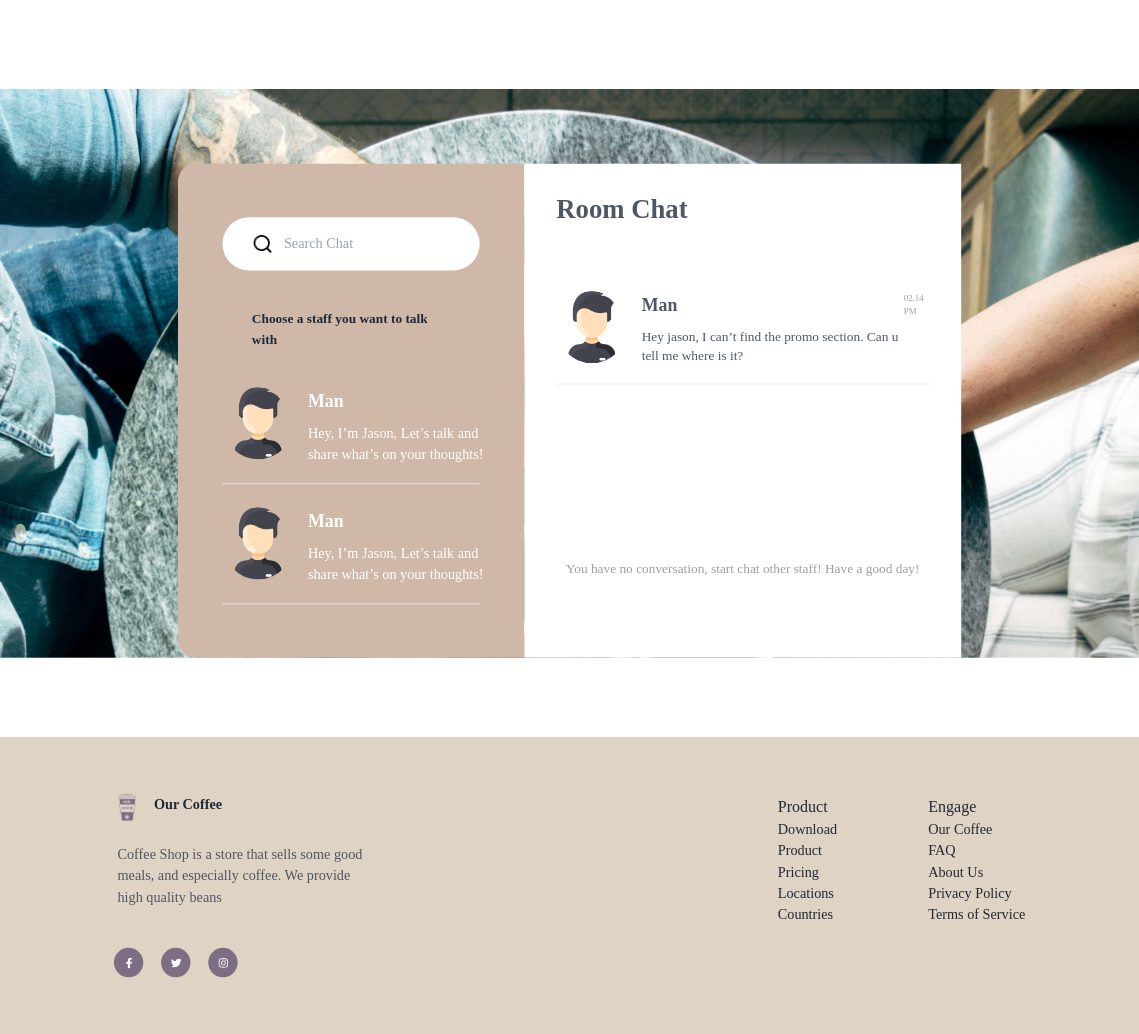
Repository: boykebn/fw12-collab2-FRONTEND
Page: /chat (app in our/)
These files come from the project's save history. The page is drawn as it stood at one moment and after the next save; the edit follows.
The browser window is 1280 px wide. The pictures show the whole page, at 89% of full size.
The project was rebuilt for these pictures with package versions that can differ from the ones it lists, and the page was loaded fresh each time. The framework's server and built-in components were replaced by stand-ins that run in the browser. Also part of the build but not shown: our/next.config.js.

Above is the page before, as saved 2023-01-01 00:19:42.

After the next save:
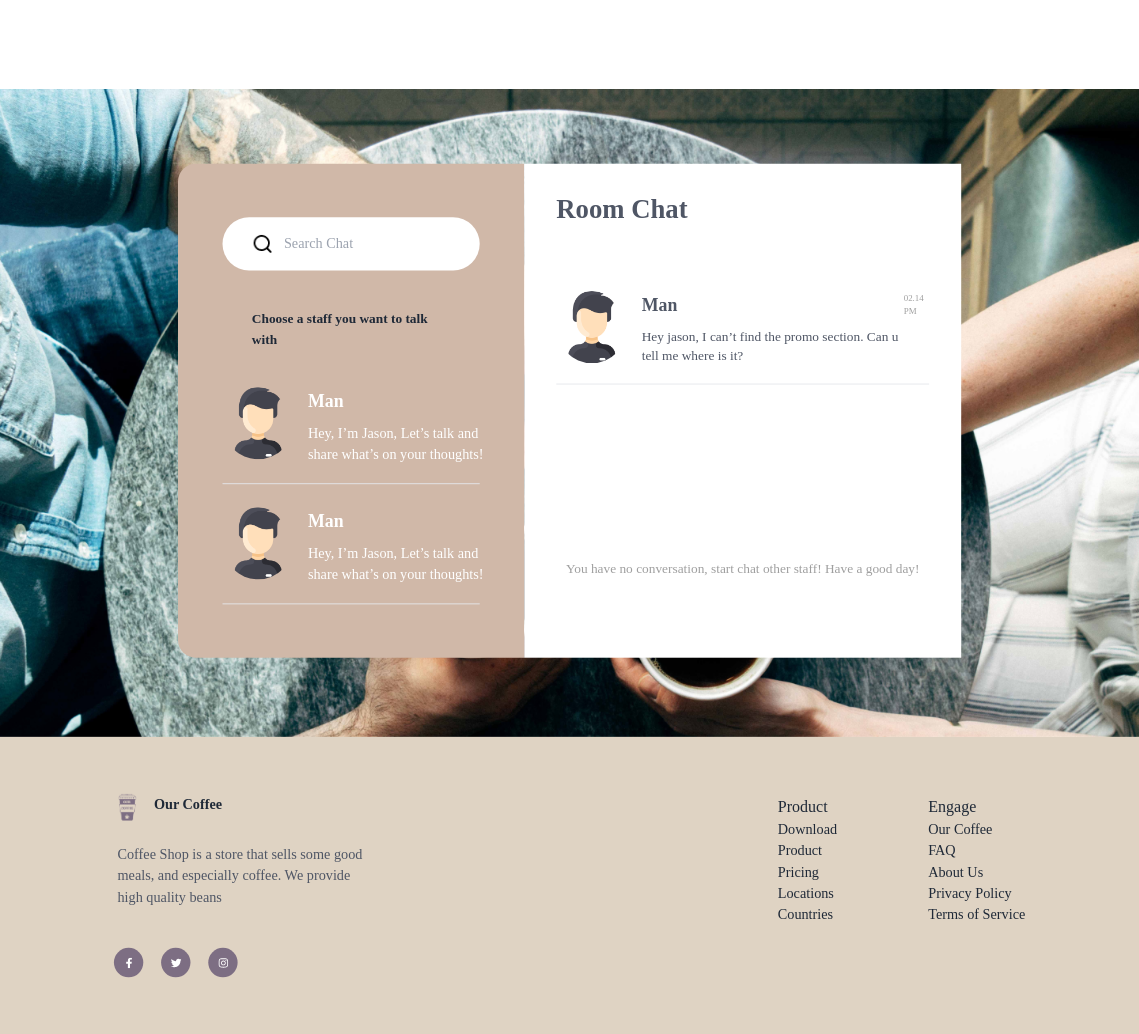
Saved 7 s later.
--- a/our/pages/chat.js
+++ b/our/pages/chat.js
@@ -7,7 +7,7 @@ import Footer from "../components/footer";
 const Chat = () => {
   return (
     <div className="pt-[100px] font-poppins">
-      <div className="bg-[url('../assets/background-chat.png')] bg-cover bg-no-repeat mb-[89px]">
+      <div className="bg-[url('../assets/background-chat.png')] bg-cover bg-no-repeat pb-[89px]">
         <div className="pt-[84px] px-[200px] flex ">
           <div className=" py-[60px] px-[50px]  bg-[#d0b8a8] rounded-l-[20px]">
             <div className="border-1 flex items-center bg-white py-[18px] pl-[35px] pr-[40px] rounded-[30px] mb-[43px]">
